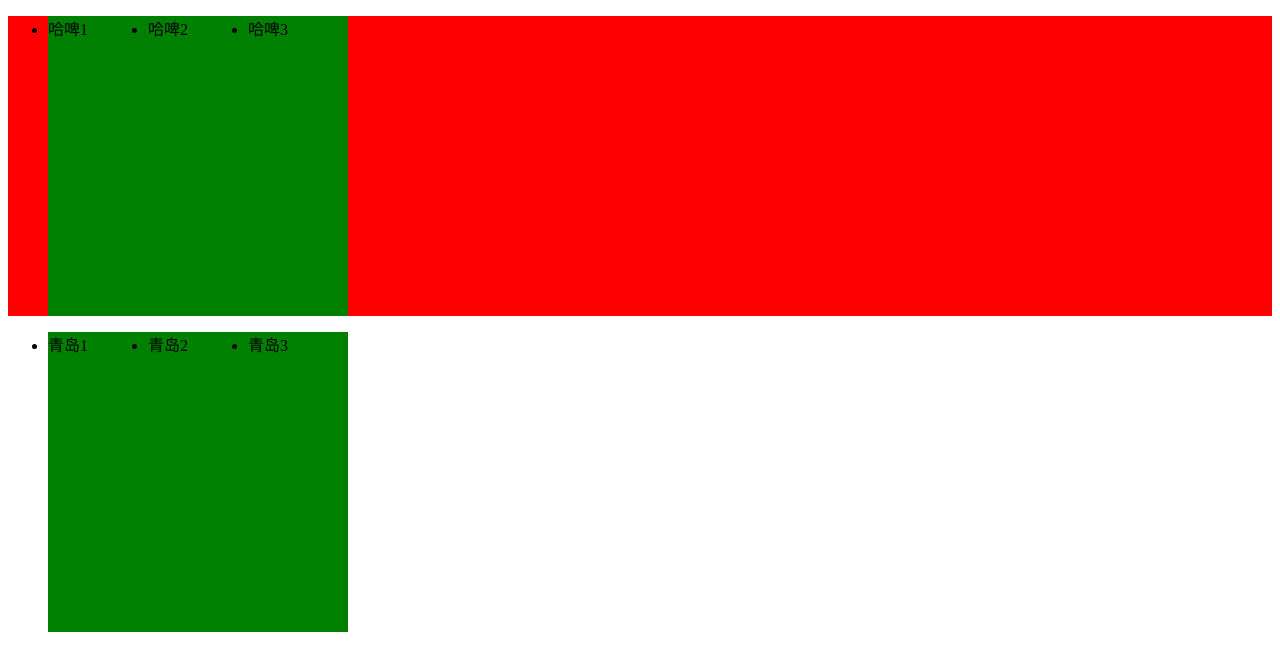
Repository: wyhzglgithub/mygitremote
Page: css/22-偏方.html
An editor plug-in stored every save of this project. The page is shown before and after the next save, followed by the edit.
The browser window is 1280 px wide. The pictures show the whole page.

Above is the page before, as saved 2021-10-13 17:36:06.

After the next save:
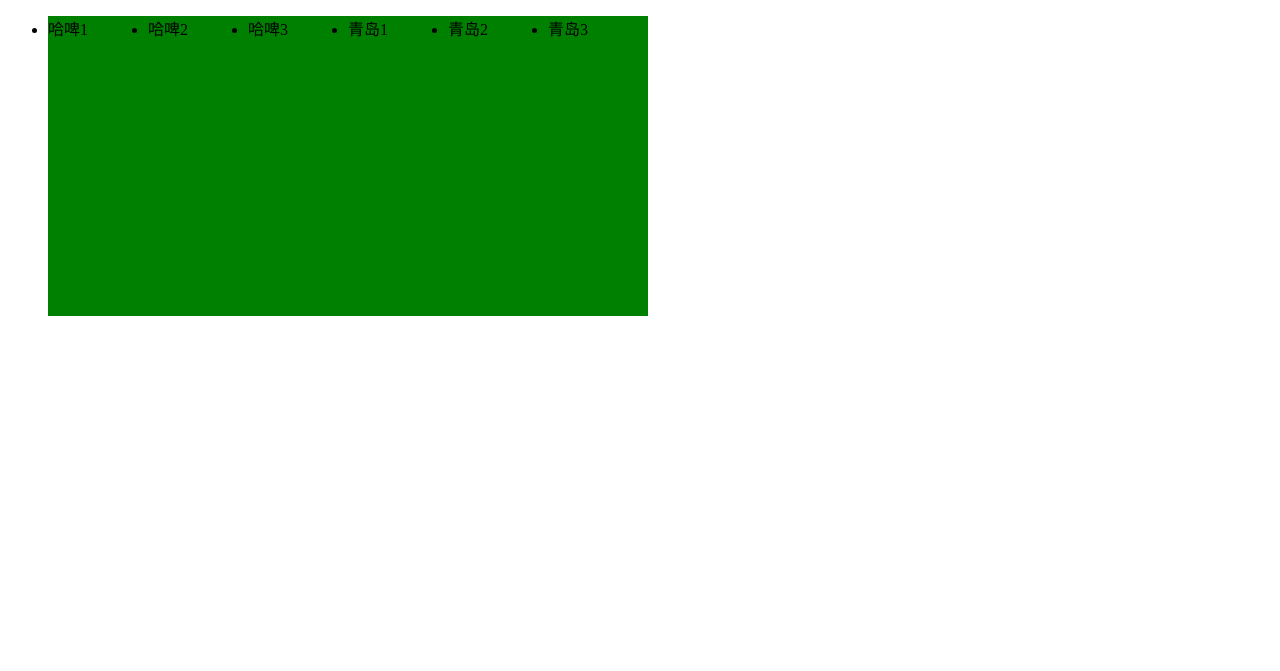
Saved 14 s later.
--- a/css/22-偏方.html
+++ b/css/22-偏方.html
@@ -27,7 +27,6 @@
             <li>哈啤2</li>
             <li>哈啤3</li>
         </ul>
-        <div class="neiqiang"></div>
     </div>
     <div class="box2">
         <ul>
